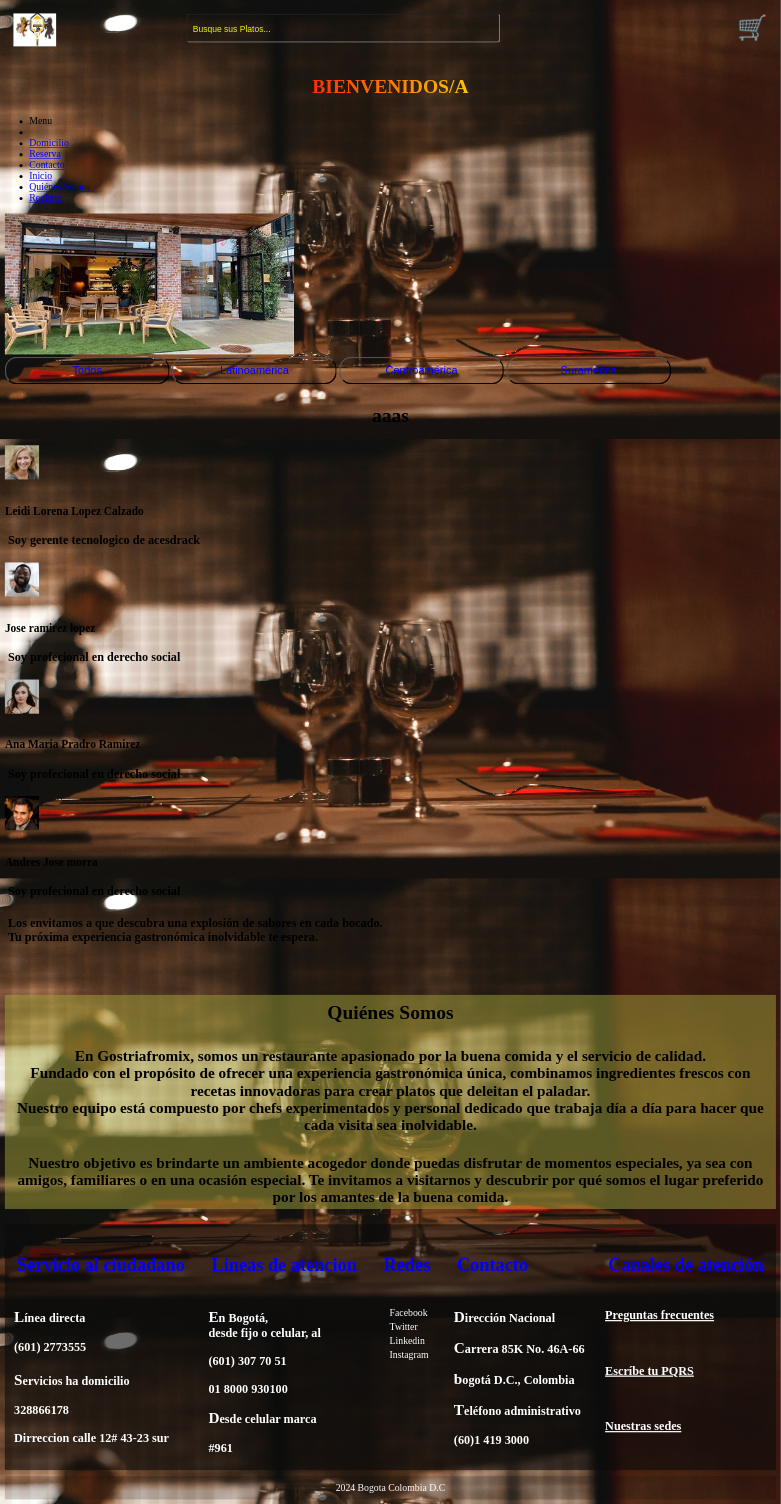
Repository: ye909/app_restaurante
Page: index.html
An editor plug-in stored every save of this project. The page is shown before and after the next save, followed by the edit.
The browser window is 1280 px wide. The pictures show the whole page, at 61% of full size.
Backgrounds fixed to the window are drawn as part of the page.

Above is the page before, as saved 2025-01-11 19:50:51.
Console error: ReferenceError: menuItems is not defined

### index.html
<!DOCTYPE html>
<html lang="en">

<head>
  <meta charset="UTF-8">
  <meta name="viewport" content="width=device-width, initial-scale=1.0">
  <title>Document</title>
  <link rel="stylesheet" href="/css/menu_principal.css">
  <link rel="stylesheet" href="/css/footer.css">
  <link rel="stylesheet" href="/css/heder.css">
  <link rel="stylesheet" href="/css/modal_card.css">
  <link rel="stylesheet" href="/css/stilo.css">
</head>

<body>
  <header>
    <div class="container_header_card">
      <div class="imagen"><img src="/public/imagen/login.gif" alt=""></div>

      <input type="text" id="buscar" class="buscar" placeholder="Busque sus Platos...">
      <ul id="productList" class="productList"></ul>

      <div id="cart-btn" class="shopping">🛒</div>

  </header>



  <h1 class="bienvenida" id="bienvenida">BIENVENIDOS/A</h1>
  <nav>
    <ul>
      <li id="menu-btn"> Menu</li>
      <li></li>
      </li>
      <li><a href="./public/templeis/domicilio.html" target="_blank">Domicilio</a></li>
      <li><a href="./public/templeis/reserva.html" target="_blank">Reserva</a></li>
      <li><a href="#contacto">Contacto</a></li>
      <li><a href="./public/templeis/login.html" target="_blank">Inicio</a></li>
      <li><a href="#somos">Quiénes Somos</a></li>
      <li><a href="./public/templeis/registro.html" target="_blank">Registro</a> </li>
    </ul>
  </nav>
  <img src="./public/imagen/rrstaurante1.jpg" alt="" class="imgRestaurante">

  <main id="menu-view" class="menu-view">
    <div class="filter-buttons">
      <button class="filter" data-region="Todos">Todos</button>
      <button class="filter" data-region="Latinoamérica">Latinoamérica</button>
      <button class="filter" data-region="Centroamérica">Centroamérica</button>
      <button class="filter" data-region="Suramérica">Suramérica</button>
    </div>
    <div id="menu-items" class="menu-items"></div>
    <div>
      <h1>aaas</h1>
    </div>
    <audio id="clickSound" src="./public/audio/mouse_btn3.mp3"></audio>
  </main>

  <!-- <div class="container_card">
    <main id="cart-view" >



      <h1 class="carro">Carrito de Compras</h1>
      <div id="cart-items" class="cart-items"></div>
      <div class="cart-total">
        <p>Total: <span id="cart-total" class="cart-total">$0.00</span></p>
        <button id="back-to-menu">Volver al Menú</button>
      </div>
  </div>
  </main> -->
  <main id="cart-view" class="cart-view">
    <h2 class="carro">Carrito de Compras</h2>
    <div id="cart-items" class="cart-items"></div>
    <div class="cart-total">
      <p>Total: <span id="cart-total">$0.00</span></p>
      <button id="back-to-menu">Volver al Menú</button>
    </div>
  </main>

  <div class="container_card_persona">

    <article class="container_persona">
      <img src="./public/imagen/mona.jpg" alt=""><br><br>
      <h3>Leidi Lorena Lopez Calzado</h3>
      <p>Soy gerente tecnologico de acesdrack </p>
    </article>

    <article class="container_persona">
      <img src="./public/imagen/afro.jpg" alt=""><br><br>
      <h3>Jose ramirez lopez</h3>
      <p>Soy profecional en derecho social</p>
    </article>


    <article class="container_persona">
      <img src="./public/imagen/indigena.jpg" alt=""><br><br>
      <h3>Ana Maria Pradro Ramirez</h3>
      <p>Soy profecional en derecho social</p>
    </article>

    <article class="container_persona">
      <img src="./public/imagen/mestizo.jpg" alt=""><br><br>
      <h3>Andres Jose morra</h3>
      <p>Soy profecional en derecho social</p>
    </article>


  </div>

  <p class="text_invitacion"> Los envitamos a que descubra una explosión de sabores en cada bocado. <br>
    Tu próxima experiencia gastronómica inolvidable te espera.
  </p>
  <br> <br>

  <div class="quienes_somos" id="somos">
    <h1>Quiénes Somos</h1>
    <p>En <strong>Gostriafromix</strong>, somos un restaurante apasionado por la buena comida y el servicio de calidad.
      <br>
      Fundado con el propósito de ofrecer una experiencia gastronómica única, combinamos ingredientes frescos con
      recetas innovadoras para crear platos que deleitan el paladar. <br>
      Nuestro equipo está compuesto por chefs experimentados y personal dedicado que trabaja día a día para hacer que
      cada visita sea inolvidable.
    </p>
    <p>Nuestro objetivo es brindarte un ambiente acogedor donde puedas disfrutar de momentos especiales, ya sea con
      amigos, familiares o en una ocasión especial. Te invitamos a
      visitarnos y descubrir por qué somos el lugar preferido por los amantes de la buena comida.</p>
  </div>

  <footer>
    <div class="conataine_footer">
      <div>
        <h4>Servicio al ciudadano</h4>
        <p><span>L</span>ínea directa <br> <br> (601) 2773555</p>
        <p id="domicilio"><span>S</span>ervicios ha domicilio<br> <br>328866178 <br><br>Dirreccion calle 12# 43-23 sur
        </p>

      </div>

      <div>
        <h4>Lineas de atencion</h4>
        <p><span>E</span>n Bogotá, <br> desde fijo o celular, al <br><br>
          (601) 307 70 51 <br><br>
          01 8000 930100 <br><br>
          <span>D</span>esde celular marca <br><br>
          #961
        </p>
      </div>
      <div>
        <h4>Redes</h4>
        <div><a href=""><i class="fa-brands fa-facebook"> </i></a> Facebook</div>
        <div><a href=""><i class="fa-brands fa-twitter"></i></a>Twitter</div>
        <div><a href=""><i class="fa-brands fa-linkedin"></i> </a>Linkedin</div>
        <div><a href=""><i class="fa-brands fa-instagram"></i></a> Instagram</div>
      </div>
      <div>
        <h4 id="contacto">Contacto</h4>
        <p><span>D</span>irección Nacional<br><br>
          <span>C</span>arrera 85K No. 46A-66<br><br>
          <span>b</span>ogotá D.C., Colombia<br><br>
          <span>T</span>eléfono administrativo<br><br>
          (60)1 419 3000
        </p>
      </div>

      <div>
        <h4> Canales de atención</h4>
        <p><a href="#">Preguntas frecuentes</p></a><br>
        <p><a href="#">Escríbe tu PQRS</p></a><br>
        <p><a href="#">Nuestras sedes</p></a>
      </div>
    </div>
  </footer>
  <div class="container_final">2024 Bogota Colombia D.C</div>


  <script src="./js/script.js"></script>
  <script src="./js/productos.js"></script>
  <script src="./js/dinamico.js"></script>
</body>

</html>

### css/menu_principal.css
:scope{
    padding: 0%;
    margin: 0%;
    overflow: scroll;
}

html {
    scroll-behavior: smooth;
    background-image: url(../public/imagen/janos.jpg);
    background-repeat: no-repeat;
    background-size: cover;
    background-attachment: fixed;
    background-size: 100% 100%;
    height: auto;
  }


/*
  .imgRestaurante {
    width: 100%;
    height: 50vh;
  }

  .container_card_persona {
    display: flex;
    justify-content: space-around;
    align-items: center;
    flex-direction: row;
    flex-wrap: wrap;
    padding: 10px;
  }
  .container_persona {
    width: 10%;
    background: rgba(26, 25, 25, 0.6);
    border-radius: 4px;
    color: white;
    padding: 10px;
    height: auto;
    box-shadow: rgb(8, 8, 8) 1px 2px 2px 2px;
  }
  .container_persona img {
    object-fit: cover;
    width: 100%;
    margin-top: -30px;
    border-radius: 80px;
    box-shadow: rgb(8, 4, 247) 1px 1px 1px;
  }

  h3 {
    text-align: center;
    color: yellow;
  }
  .container_persona p {
    padding: 6px;
    font-size: 18px;
    list-style: 1.4;
  }

  .quienes-somos {
    width: 100%;
    text-align: center;
    background: rgba(232, 232, 157, 0.4);
  }
  .quienes-somos p {
    font-size: 30px;
    line-height: 1.4;
  }

  .text_invitacion {
    font-size: 25px;
    line-height: 1.4;
    width: 99%;
    text-align: center;
    background: rgba(232, 232, 157, 0.2);
  }
   */

### css/footer.css
.conataine_footer {
  display: flex;
  justify-content: space-between;
  flex-direction: row;
  flex-wrap: wrap;
  margin: 10px;
}

p {

  padding: 5px;
  font-size: 20px;
  font-weight: bold;
}
span {
  font-size: 25px;
}
.quienes_somos {
  background:rgba(161, 161, 59, 0.5);
}
.quienes_somos p{
  text-align: center;
font-size: 25px;
}
:is(.container_final) {
  display: flex;
  justify-content: center;
  align-items: center;
}

h4 {
  color: blue;
  font-size: 30px;
}
:is(.container_final, h4, i) {
  padding: 10px;
}
.container_final {
  background: rgba(12, 12, 12, 0.2);
  color: white;
}
.fa-facebook {
  color: rgb(5, 5, 253);
}
.fa-twitter {
  color: rgb(8, 123, 245);
}
.fa-linkedin {
  color: rgb(71, 71, 155);
}
.fa-instagram {
  color: rgb(243, 17, 17);
}
a {
  cursor: pointer;
}
footer a {
  font-size: 20px;
  color: white;
}
footer {
  background: rgba(10, 10, 10, 0.6);
  color: white;
}

### css/heder.css
.container_header_card{
    display: flex;
    justify-content: space-between;
    justify-items: center;
    flex-direction: row;
    flex-wrap: wrap;
    padding: 14px;
    }

 .productList {
     list-style-type: none;
     padding: 0;
 }

 .productList li {
     padding: 10px;
     border-bottom: 1px solid #ccc;
 }

 .productList li:last-child {
     border-bottom: none;
 }

  .container_header_card img{
    width: 70px;
}
  .shopping{
    font-size: 40px;
cursor: pointer;
}
.buscar::placeholder{
    color:rgb(232, 248, 3);
    font-size: 14px;
}

.buscar {
    width: 40%;
    height: 3.9vh;
    background:transparent;
    color:white;
    font-size: 18px;
    border-radius: 5px;
    margin-left: 20px;
}
:is(.bienvenida,
 .buscar){
     padding: 8px;
 }
 .bienvenida{
    background-image:linear-gradient(to left, rgb(4, 151, 4), rgb(248, 244, 7),  red,rgb(14, 14, 240));
    -webkit-text-fill-color:transparent;
    -webkit-background-clip: text;
    background-clip: text;
    text-align: center;


}

### css/modal_card.css
t-items{
     display: none;
}
.card {
  width: 15%;
  height: 20vh;
  padding: 10px;
  background: rgba(0, 0, 0, 0.4);
  border-radius: 10px;
}
h1{
  text-align: center;
  padding: 10px;

}
.carro{
  color:yellow;
}
.card img {
  width: 100%;
  height: 150px;
  object-fit: cover;
  border-radius: 5px;
}
.cart-view{
  display: none;
}
.card button {
  margin-top: 10px;
  background-color: #007bff;
  color: white;
  border: none;
  padding: 10px;
  border-radius: 5px;
  cursor: pointer;
}

.card button:hover {
  background-color: #0056b3;
}

.cart-total {
  text-align: right;
  margin: 20px;
}


.cart-total{
  font-size: 20px;
  color:blue;
}
button {
  width: 270px;
  padding: 10px;
  transition: background-color 0.3s ease, transform 0.2s ease;
  border-radius: 20px;
  background: transparent;
  color: blue;
  font-size: 18px;
}
button:hover {
  border: none;
  background: #0606f8fd;
  color: black;
  box-shadow: rgb(7, 71, 236) 2px 2px 2px, rgb(7, 71, 236) 2px 2px 2px,
    rgb(7, 71, 236) 2px 2px 2px, rgb(7, 71, 236) 2px 2px 2px;
}

### css/stilo.css


/*

    .filter-buttons {
      margin: 20px;
      text-align: center;
    }

    .filter {
      margin: 5px;
      padding: 10px 15px;
      background-color: #007bff;
      color: white;
      border: none;
      cursor: pointer;
      border-radius: 5px;
    }

    .filter:hover {
      background-color: #0056b3;
    }
    .menu-items,.cart-view{
      display: flex;
      justify-content: space-between;
      justify-content: center;
      flex-direction: row;
      flex-wrap: wrap;
      gap: 20px;
    }
     */

### js/script.js

  let cart = [];
  let selectedRegion = "Todos";

  const menuView = document.getElementById("menu-view");
  const cartView = document.getElementById("cart-view");
  const menuItemsContainer = document.getElementById("menu-items");
  const cartItemsContainer = document.getElementById("cart-items");
  const cartTotal = document.getElementById("cart-total");

  document.querySelectorAll(".filter").forEach(button => {
    button.addEventListener("click", () => {
      selectedRegion = button.getAttribute("data-region");
      renderMenu();
    });
  });

  document.getElementById("menu-btn").addEventListener("click", () => {
    menuView.style.display = "block";
    cartView.style.display = "none";
  });

  document.getElementById("cart-btn").addEventListener("click", () => {
    menuView.style.display = "none";
    cartView.style.display = "block";
    renderCart();
  });

  document.getElementById("back-to-menu").addEventListener("click", () => {
    menuView.style.display = "block";
    cartView.style.display = "none";
  });

  function renderMenu() {
    menuItemsContainer.innerHTML = "";
    const filteredItems = selectedRegion === "Todos" ? menuItems : menuItems.filter(item => item.region === selectedRegion);
    filteredItems.forEach(item => {
      const card = document.createElement("div");
      card.className = "card";
      card.innerHTML = `
        <img src="${item.image}" alt="${item.name}">
        <h3>${item.name}</h3>
        <p>${item.description}</p>
        <p><strong>$${item.price.toFixed(2)}</strong></p>
        <button onclick="addToCart(${item.id})">Agregar</button>
      `;
      menuItemsContainer.appendChild(card);
    });
  }

  function renderCart() {
    cartItemsContainer.innerHTML = "";
    cart.forEach(item => {
      const cartItem = document.createElement("div");
      cartItem.className = "card";
      cartItem.innerHTML = `
        <h3>${item.name}</h3>
        <p>Cantidad: ${item.quantity}</p>
        <p><strong>$${(item.price * item.quantity).toFixed(2)}</strong></p>
      `;
      cartItemsContainer.appendChild(cartItem);
    });
    const total = cart.reduce((sum, item) => sum + item.price * item.quantity, 0);
    cartTotal.textContent = `$${total.toFixed(2)}`;
  }

  function addToCart(id) {
    const item = menuItems.find(item => item.id === id);
    const cartItem = cart.find(item => item.id === id);
    if (cartItem) {
      cartItem.quantity++;
    } else {
      cart.push({ ...item, quantity: 1 });
    }
  }

  renderMenu();

### js/productos.js
const menuItems = [
  { id: 1, name: "Tacos al Pastor", description: "Delicious tacos", price: 12.99, image: "https://via.placeholder.com/150", region: "Latinoamérica" },
  { id: 2, name: "Pupusas", description: "Thick griddle cakes", price: 9.99, image: "https://via.placeholder.com/150", region: "Centroamérica" },
  { id: 3, name: "Ceviche", description: "Fresh seafood", price: 15.99, image: "https://via.placeholder.com/150", region: "Suramérica" },
];


// const menuItems = [

//     {
//       id:1,
//       nombre: "Bebida caliente",
//       img: "./public/imagen/bebidas_calientes1.PNG",
//       precio: 20000,
//       descripcion1: "hecho en los mejores lugares de paris",
//       cantidad: 1,
//     },

//     {
//       id:4,
//     precio:10000,
//     nombre:"carne",
//     img:"./public/imagen/mexica1.jpg",
//       descripcion:"Los tacos son uno de los mida "
//     , descripcion1:"tanos"
//     },
//     {
//       id:5,
//       precio:100,
//       nombre:"Sancocho",
//       img:"./public/imagen/sancocho.webp",
//         descripcion:"ya no kkkkk",
//          descripcion1:"plato de casula"
//     },
//     {
//       id:6,
//       precio:30000,
//     nombre:"Lechona",
//     img:"./public/imagen/mexica2.jpg",
//       descripcion:"La lechona es un plato típico de la "
//      ,descripcion1:"plátanos rellenos"
//     },
//     {
//       id:7,
//     precio:90000,
//     nombre:"Postre",
//     img:"./public/imagen/postre2.PNG",
//       descripcion:"ya nhhjshhshao ",
//        descripcion1:"Sabor y dulsura en el plato"
//     },
//     {
//       id:8,
//     precio:10000,
//     nombre:"Coltel",
//     img:"./public/imagen/coltel.webp",
//       descripcion:"Los tacos son uno de comida "
//     , descripcion1:"tanos"
//     },

//     {
//       id:10,
//       precio:30000,
//     nombre:"Cerveza",
//     img:"./public/imagen/cervezas.webp",
//       descripcion:"La lechona es un conoce como "
//      ,descripcion1:"plátanos rellenos"
//     },
//     {
//       id:9,
//       precio:100,
//       nombre:"plátanos rellenos",
//       img:"./public/imagen/platano.PNG",
//         descripcion:"ya no kkkkk",
//          descripcion1:"Rellenos de bocadillo y queso"
//     },
//     {
//       id:10,
//       precio:30000,
//     nombre:"Jugos",
//     img:"./public/imagen/JUGOS_NATURALES.jpg",
//       descripcion:"La lechona es unente se conoce como "
//      ,descripcion1:"plátanos rellenos"
//     },
//     {
//       id:11,
//     precio:90000,
//     nombre:"Arrozanas",
//     img:"./public/imagen/mexico6.jpg",
//       descripcion:"ya nhhjshhshao ",
//        descripcion1:"plátanos rellenos"
//     },
//     {
//     id:11,
//     precio:90000,
//     nombre:"Licor",
//     img:"./public/imagen/licores.webp",
//       descripcion:"ya nhhjshhshao ",
//        descripcion1:"plátanos rellenos"
//     }
//     //    contenido:"ya no"
//   ];

### js/dinamico.js

 const menuview = document.getElementById("menu-view")
const menu_principal=document.getElementById("menu_principal").addEventListener("click",ver_menu)

function ver_menu() {
  menuview.style.display="inline"
}
// texto de bienvenida

setTimeout(()=>{
    const bienvenida = document.getElementById("bienvenida").remove()
    bienvenida.style.transition=" background-color 0.3s ease, transform 0.7s ease; "
},3000)


// audio de los botones
const playSound = function () {
    var audio = document.getElementById("clickSound");
    audio.play();
  }



// // Ejemplo de notificación (opcional)
// document.getElementById('btnboton_agregar').addEventListener('click', () => {
//     if (Notification.permission === 'granted') {
//         new Notification('¡Hola desde tu PWA!');
//     } else if (Notification.permission !== 'denied') {
//         Notification.requestPermission().then((permission) => {
//             if (permission === 'granted') {
//                 new Notification('¡Hola desde tu PWA!');
//             }
//         });
//     }
// });

After the next save:
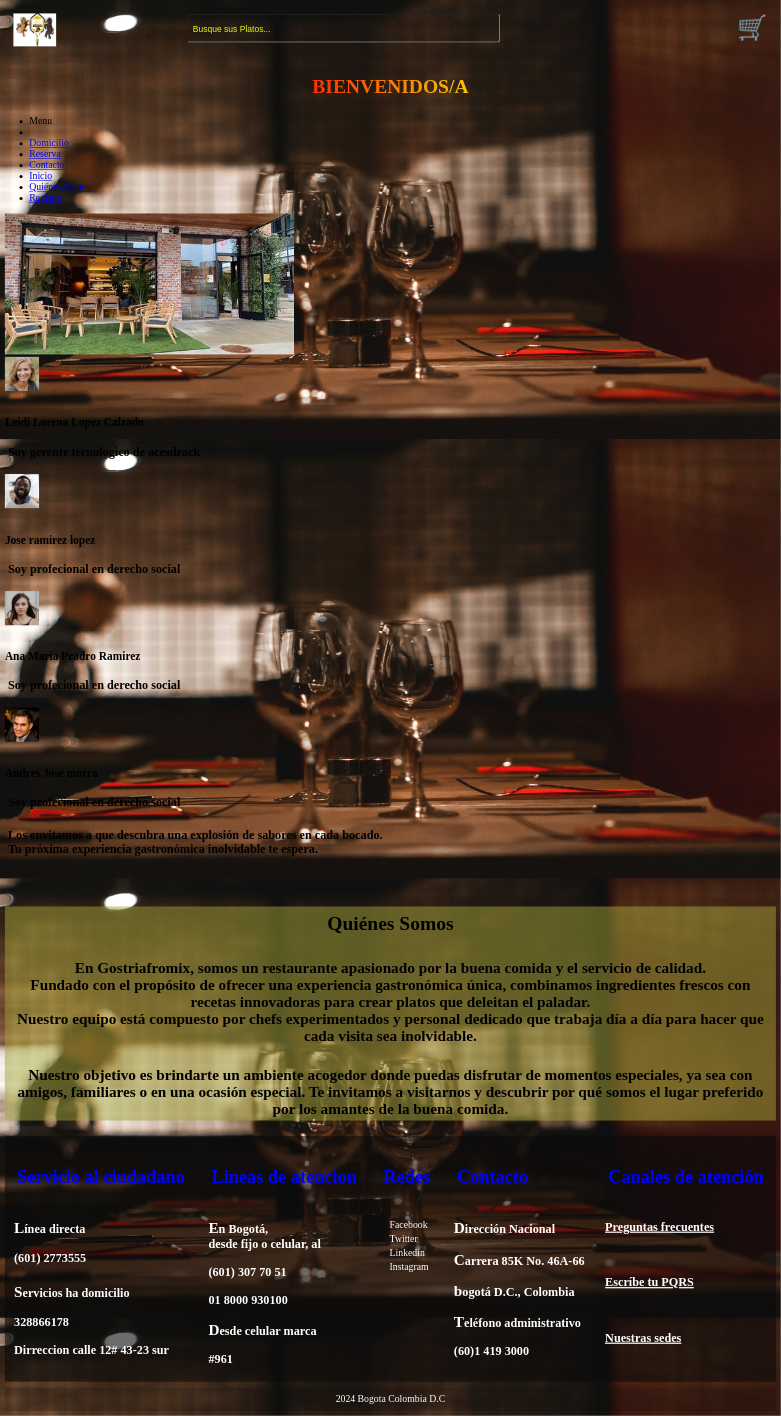
Saved 76 s later.
--- a/css/modal_card.css
+++ b/css/modal_card.css
@@ -22,7 +22,7 @@ h1{
   object-fit: cover;
   border-radius: 5px;
 }
-.cart-view{
+.cart-view,.menu-view{
   display: none;
 }
 .card button {
